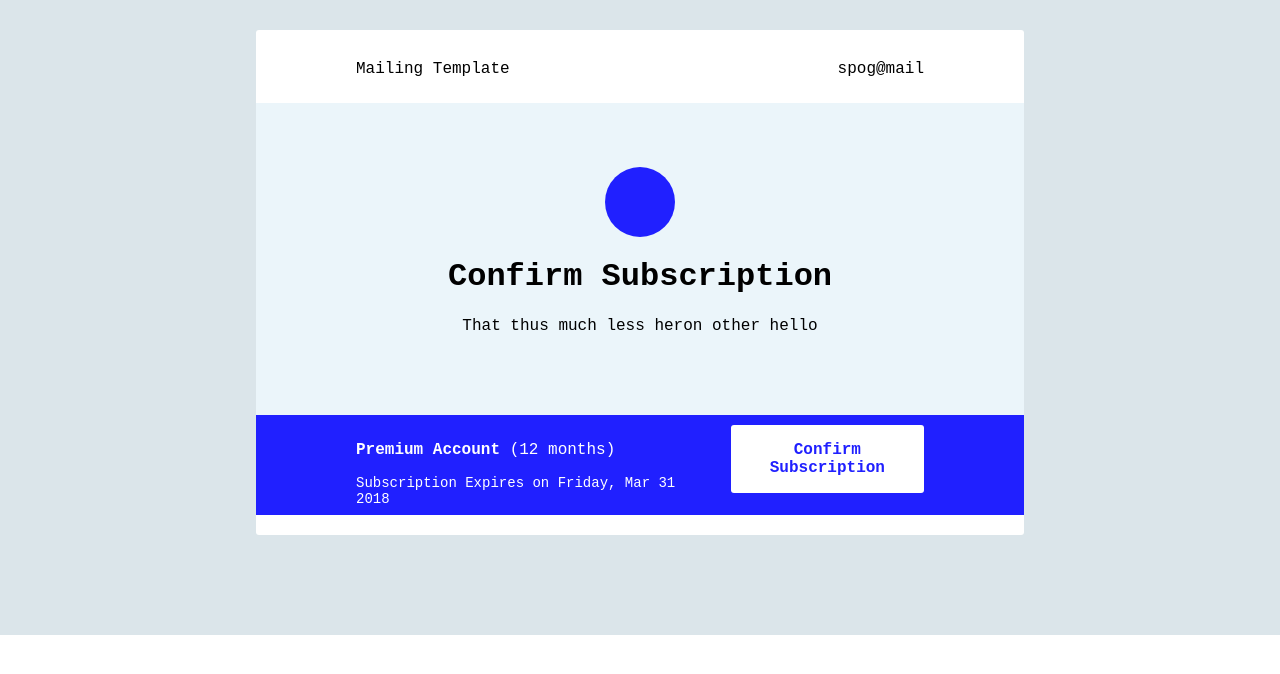
Repository: Lecon-Git/Appmail-Template
Page: mail.html
The author's editor kept a copy of each file at every save. The page is drawn from the files as they stood at one save, then again after the next save.
The browser window is 1280 px wide. The pictures show the whole page.

Above is the page before, as saved 2021-11-01 22:01:31.

### mail.html
<!DOCTYPE html>
<html lang="en">

<head>
    <meta charset="UTF-8">
    <meta http-equiv="X-UA-Compatible" content="IE=edge">
    <meta name="viewport" content="width=device-width, initial-scale=1.0">
    <title>Service Confirmation</title>
    <link rel="stylesheet" href="css/mail.css">
</head>

<body>
    <div class="container">
        <div class="main">
            <div class="head_1">
                <span class="logo">Mailing Template</span>
                <span class="username">spog@mail</span>
            </div>
            <div class="subscribe">
                <div class="circle"></div>
                <h1>Confirm Subscription</h1>
                <p>That thus much less heron other hello</p>
            </div>
            <div class="premium">
                <div class="text">
                    <p><strong>Premium Account</strong> (12 months)</p>
                    <p id="small">Subscription Expires on Friday, Mar 31 2018</p>
                </div>
                <div class="sub_btn">Confirm Subscription</div>
            </div>
        </div>
    </div>
</body>

</html>

### css/mail.css
body {
    margin: 0;
    font-family: "Courier New", Courier, monospace;
}

.container {
    padding: 30px 0 100px;
    background-color: #dbe5ea;
}

.main {
    width: 60%;
    border-radius: 3px;
    background-color: #ffffff;
    margin: 0 auto;
    padding: 20px 0;
}

.head_1 {
    display: flex;
    flex-direction: row;
    padding: 10px 100px 25px;
}

.head_1 span {
    flex: 1;
}

.logo {}

.username {
    text-align: right;
}

.subscribe {
    background-color: #ebf5fa;
    padding: 64px 0;
    text-align: center;
}

.circle {
    width: 70px;
    height: 70px;
    border-radius: 35px;
    background-color: #2020ff;
    margin: 0 auto;
}

.premium {
    height: 100px;
    background-color: #2020ff;
    color: #fff;
    display: flex;
    flex-direction: row;
    padding: 0 100px;
    align-items: baseline;
    box-sizing: border-box;
}

.text {
    flex: 2;
    font-size: 16px;
    padding-right: 20px;
    box-sizing: border-box;
}

#small {
    font-size: 14px;
}

.sub_btn {
    flex: 1;
    background-color: #fff;
    color: #2020ff;
    margin-top: 10px;
    padding: 16px 8px;
    text-align: center;
    border-radius: 3px;
    font-weight: bolder;
    box-sizing: border-box;
}

After the next save:
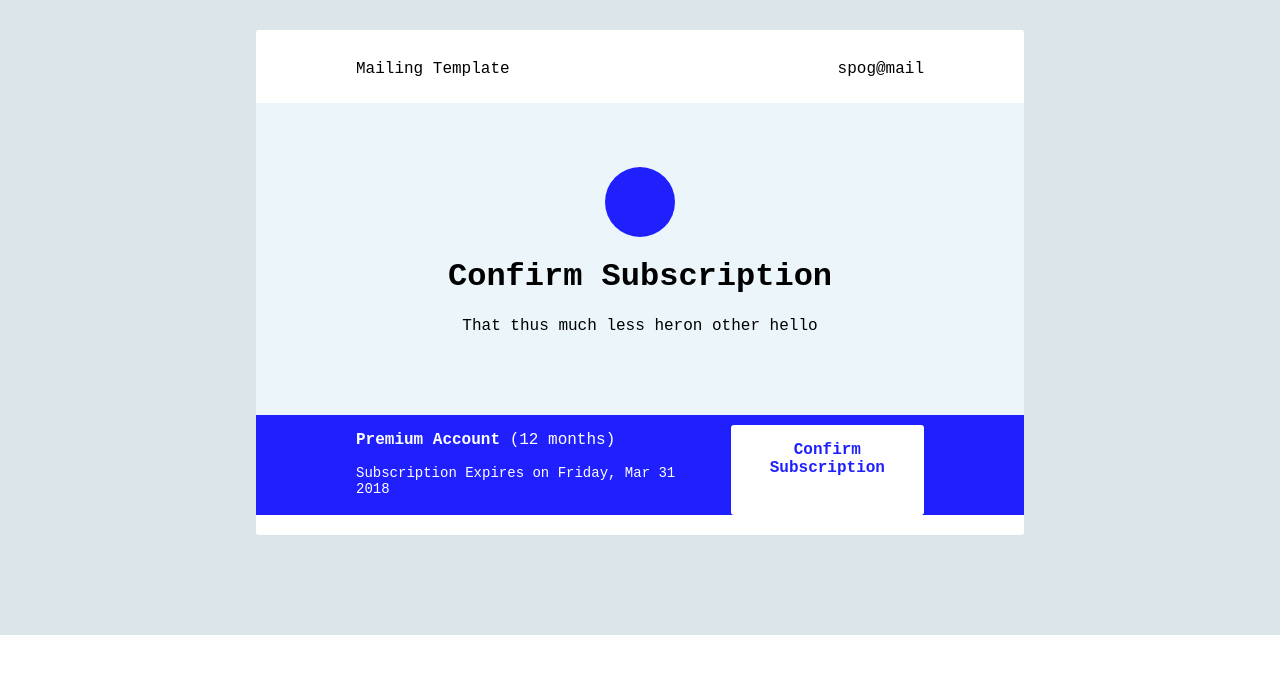
Saved 16 s later.
--- a/css/mail.css
+++ b/css/mail.css
@@ -53,7 +53,6 @@
     display: flex;
     flex-direction: row;
     padding: 0 100px;
-    align-items: baseline;
     box-sizing: border-box;
 }
 

After the save that followed:
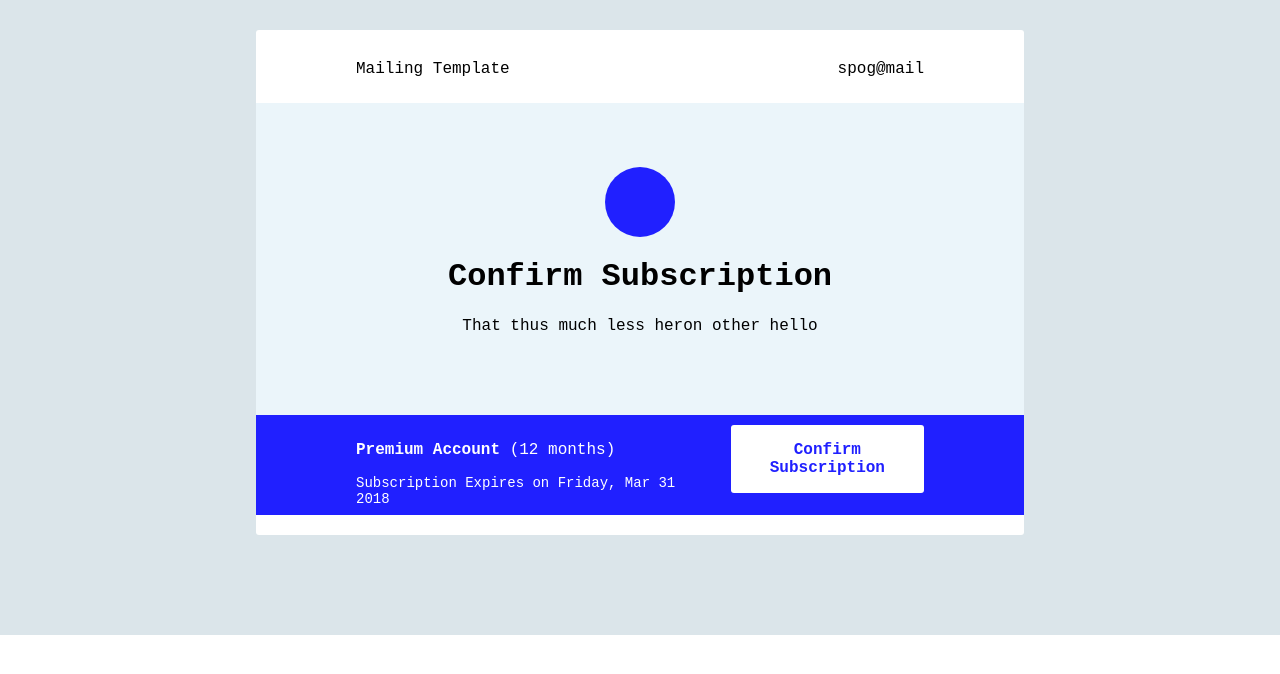
Saved 21 s later.
--- a/css/mail.css
+++ b/css/mail.css
@@ -53,6 +53,7 @@
     display: flex;
     flex-direction: row;
     padding: 0 100px;
+    align-items: baseline;
     box-sizing: border-box;
 }
 
